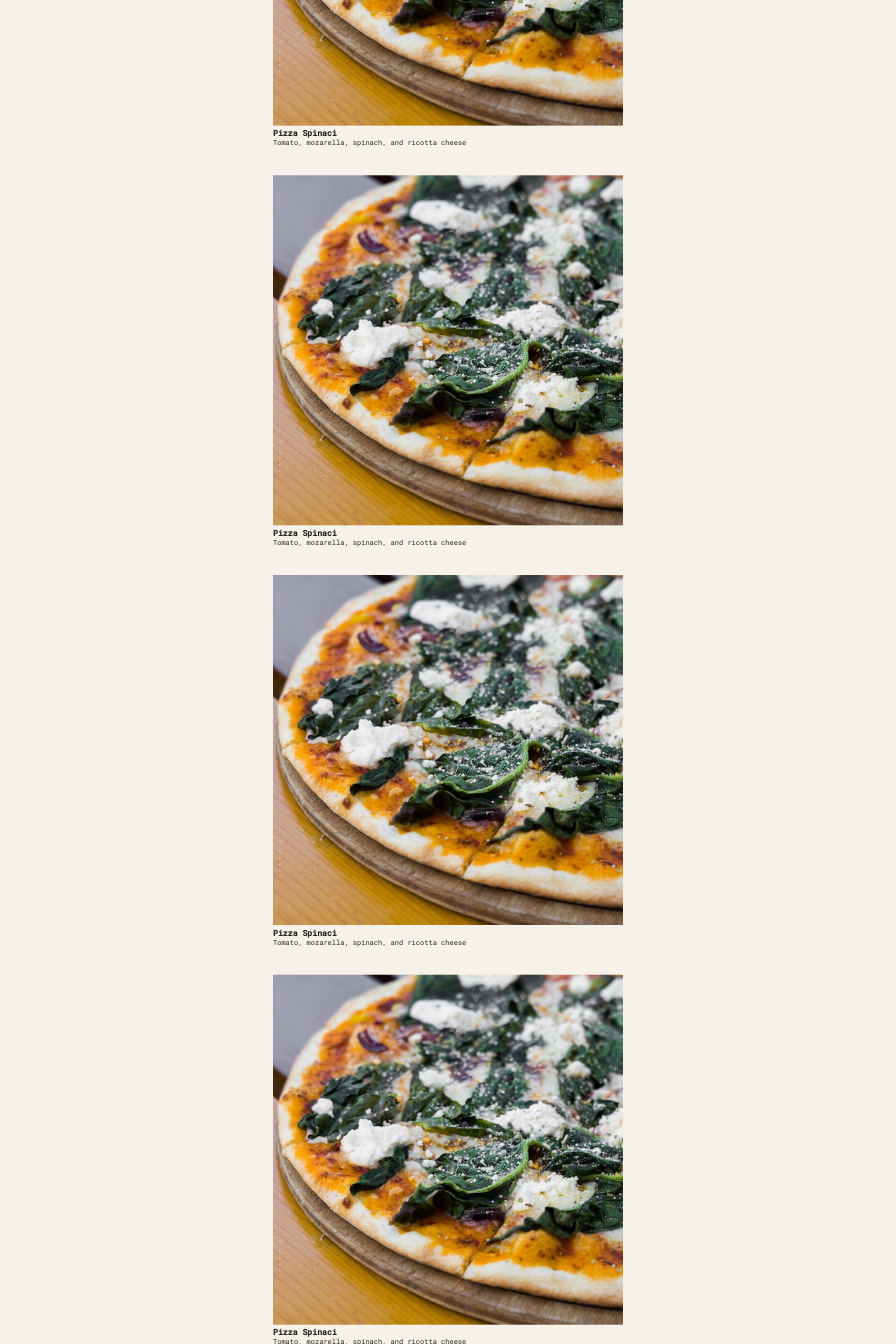
Repository: Alphosmart/03_pizza-menu
Page: /
The author's editor kept a copy of each file at every save. The page is drawn from the files as they stood at one save, then again after a run of saves.
The browser window is 1280 px wide. The pictures show the part of the page from y = 639 to 2559 px (the page is 2705 px tall before and 992 px after), at 70% of full size.
The project was rebuilt for these pictures with package versions that can differ from the ones it lists, and the page was loaded fresh each time.

Above is the page before, as saved 2024-05-27 19:36:49.

After the next 4 saves:
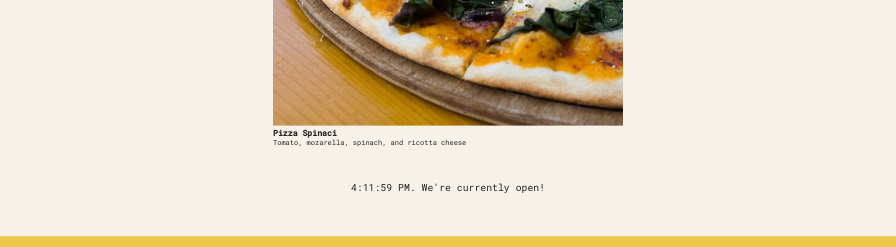
The 4 saves are shown as one change because 3 did not build or start.
The last was saved 3 min 7 s later.
--- a/src/index.js
+++ b/src/index.js
@@ -72,10 +72,11 @@ function Menu() {
   return (
     <main className="menu">
       <h2>Our Menu</h2>
-      <Pizza />
-      <Pizza />
-      <Pizza />
-      <Pizza />
+      <Pizza
+        name="Pizza Spinaci"
+        ingredient="Tmato, mozarella, spinach, and ricotta cheese"
+        photoName="pizzas/spinaci.jpg"
+      />
     </main>
   );
 }
